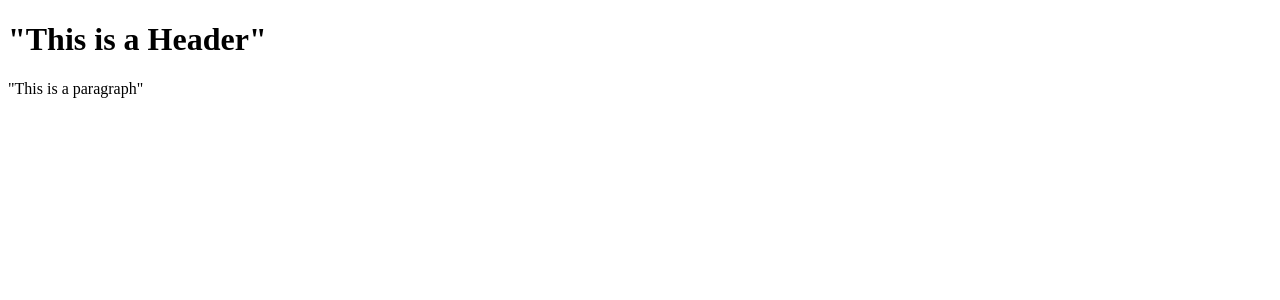
Repository: b3f815/git-test
Page: templates/test.html
These files come from the project's save history. The page is drawn as it stood at one moment and after the next save; the edit follows.
The browser window is 1280 px wide. The pictures show the whole page.

Above is the page before, as saved 2020-08-26 17:41:39.

### templates/test.html
<!DOCTYPE html>

<html>
    <head></head>
    <body>
        <h1>"This is a Header"</h1>
        <p>"This is a paragraph"</p>
    </body>
</html>

After the next save:
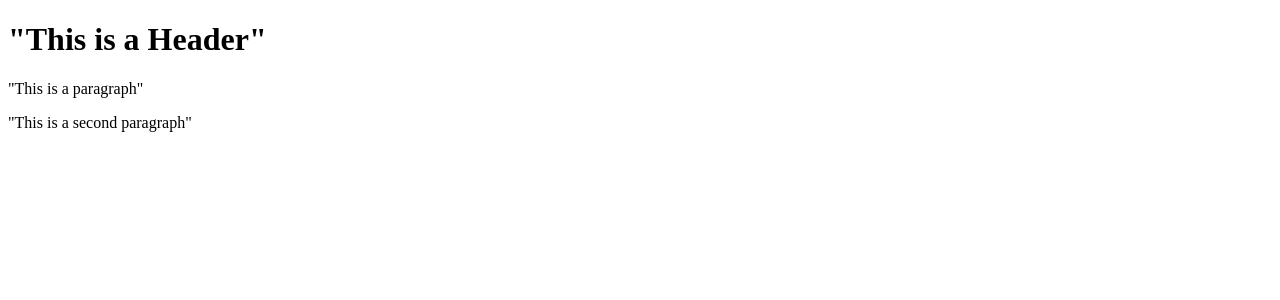
Saved 2 min 55 s later.
--- a/templates/test.html
+++ b/templates/test.html
@@ -5,5 +5,6 @@
     <body>
         <h1>"This is a Header"</h1>
         <p>"This is a paragraph"</p>
+        <p>"This is a second paragraph"</p>
     </body>
 </html>
